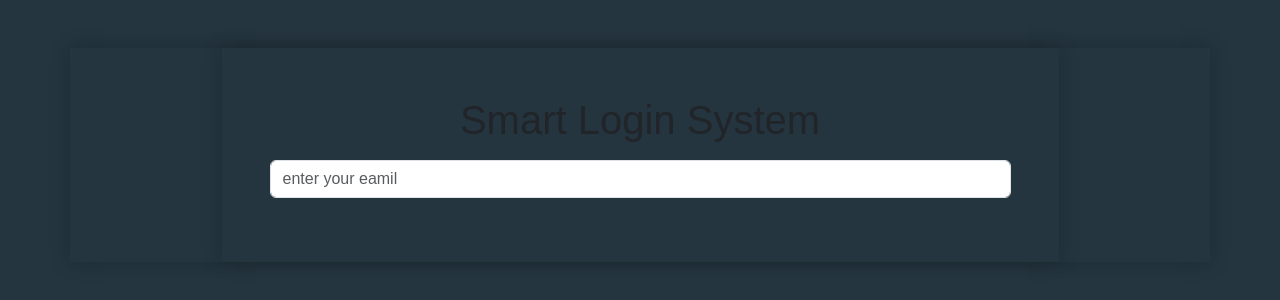
Repository: bodajava/TASK-4
Page: index.html
These files come from the project's save history. The page is drawn as it stood at one moment and after the next save; the edit follows.
The browser window is 1280 px wide. The pictures show the whole page.

Above is the page before, as saved 2025-06-16 18:27:30.

After the next save:
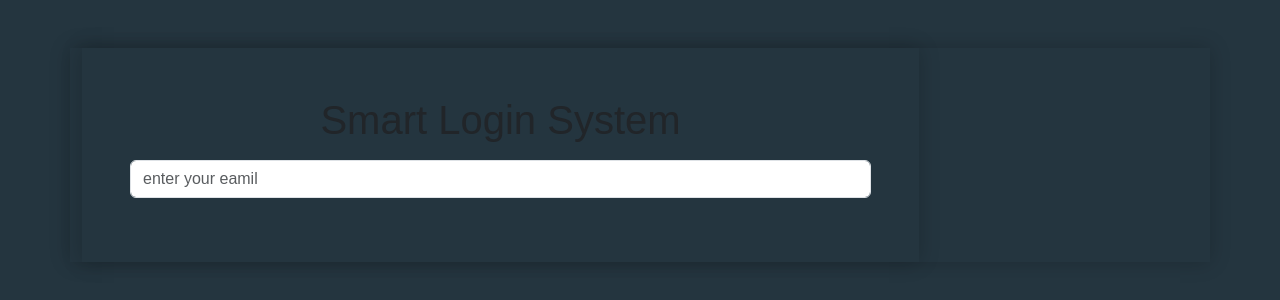
Saved 1 s later.
--- a/CSS/style.css
+++ b/CSS/style.css
@@ -15,9 +15,6 @@ body {
 
 #item {
   box-shadow: 0 0 20px rgba(0, 0, 0, 0.2);
-}
-
-#ITEM_2 {
   margin-left: 0px !important;
   margin-right: 0px !important;
 }

After the save that followed:
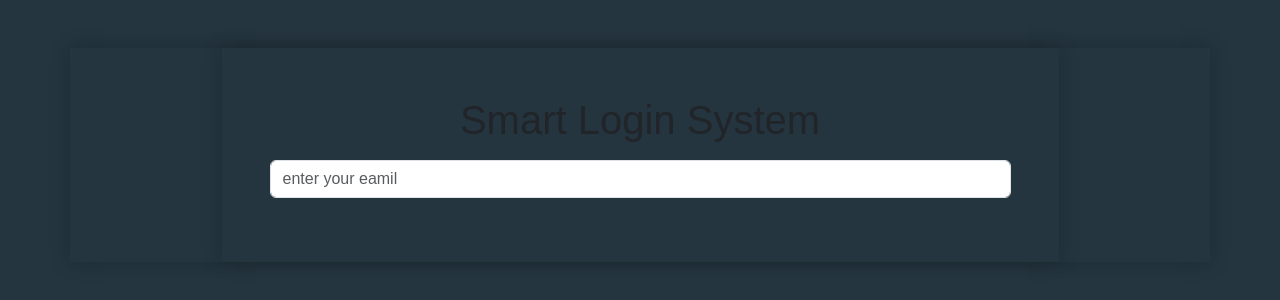
Saved 6 s later.
--- a/CSS/style.css
+++ b/CSS/style.css
@@ -15,6 +15,4 @@ body {
 
 #item {
   box-shadow: 0 0 20px rgba(0, 0, 0, 0.2);
-  margin-left: 0px !important;
-  margin-right: 0px !important;
 }
